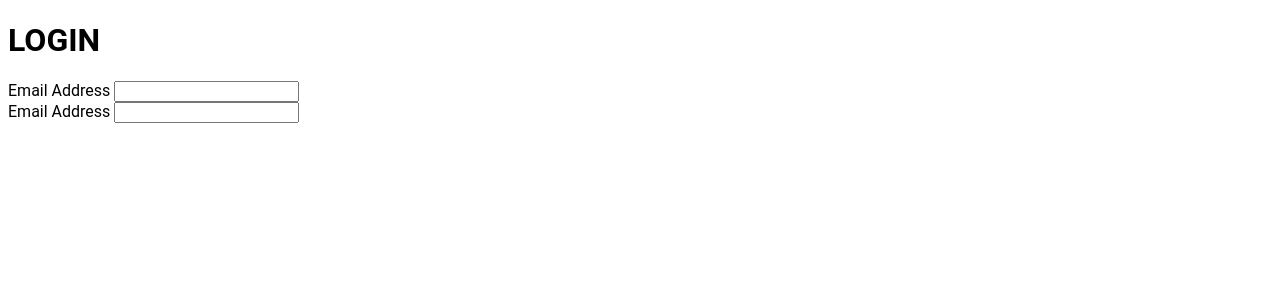
Repository: zjria/Bootstrap_logIn_1
Page: LoginPage/index.html
The author's editor kept a copy of each file at every save. The page is drawn from the files as they stood at one save, then again after the next save.
The browser window is 1280 px wide. The pictures show the whole page.

Above is the page before, as saved 2022-06-10 09:21:05.

After the next save:
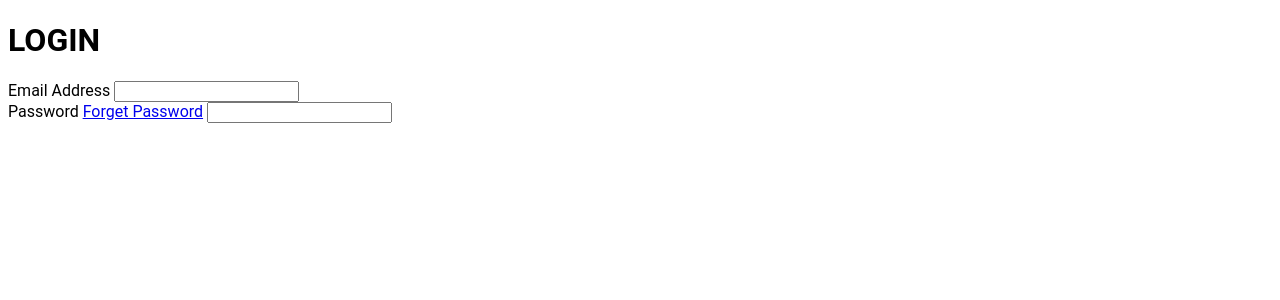
Saved 57 s later.
--- a/LoginPage/index.html
+++ b/LoginPage/index.html
@@ -26,7 +26,8 @@
                             <input type="email" class="form-control form-control-sm" id="exampleInputEmail1">
                         </div>
                         <div class="form-group">
-                            <label for="exampleInputEmail1">Email Address</label>
+                            <label for="exampleInputPassword1">Password</label>
+                            <a href="#" >Forget Password</a>
                             <input type="email" class="form-control form-control-sm" id="exampleInputEmail1">
                         </div>
                     </form>
